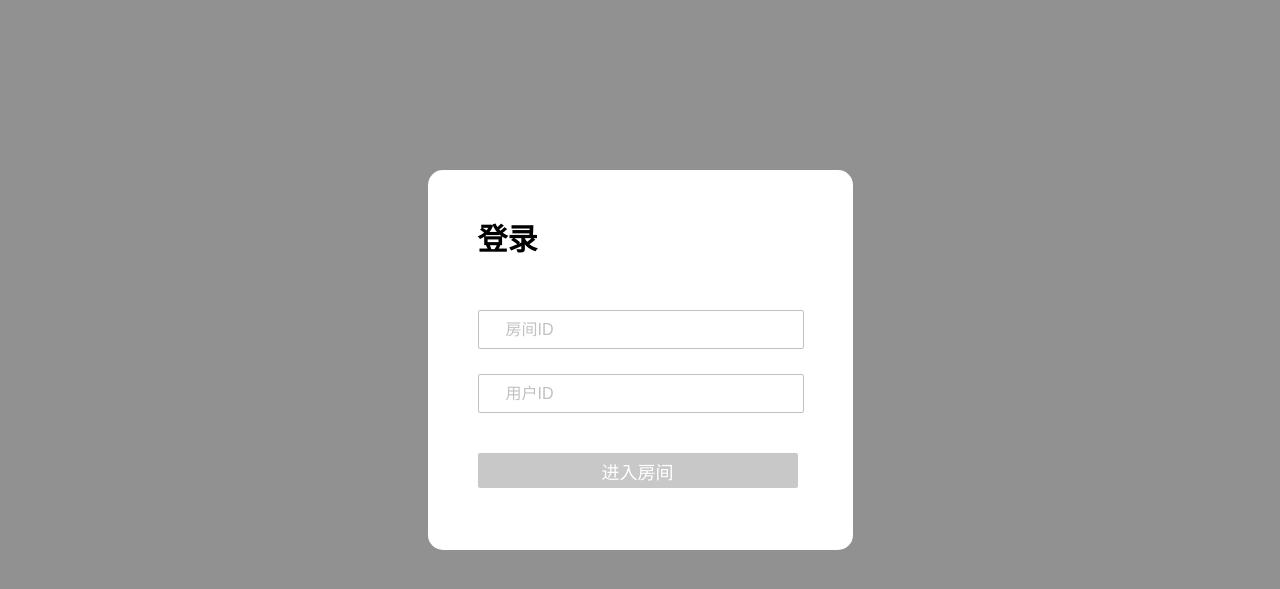
Repository: sjtu-course/homework
Page: GongZening/Week2/Web/LoginPage.html
An editor plug-in stored every save of this project. The page is shown before and after the next save, followed by the edit.
The browser window is 1280 px wide. The pictures show the whole page.

Above is the page before, as saved 2020-11-09 15:18:18.

### GongZening/Week2/Web/LoginPage.html
<!DOCTYPE html>
<html>
    <head>
        <meta charset="utf-8">
        <title>LoginPage</title>
        <style>
            input::-webkit-input-placeholder{
                color:#c1c1c1;
                font-size: 16px;
                padding-left: 25px;
            }
        </style>
        <link rel="stylesheet" type="text/css" href="css/Round_Rect.css" />
        <link rel="stylesheet" type="text/css" href="css/Login.css" />
        <link rel="stylesheet" type="text/css" href="css/Edit_Text.css" />
        <link rel="stylesheet" type="text/css" href="css/Button.css" />
    </head>

    <body style="background-color: #919191;">
        <div id="round_rect">
            <h1 id="login">登录</h1>
            <input type="text" class="edit_text" placeholder="房间ID" style="margin-top: 45px;">
            <input type="text" class="edit_text" placeholder="用户ID" style="margin-top: 25px;">
            <button class="button">进入房间</button>
        </div>
    </body>
</html>

### GongZening/Week2/Web/css/Round_Rect.css
@charset "utf-8";
#round_rect{
	width: 425px;
	height: 380px;
	background-color: white;
	/* 圆角大小 */
	border-radius: 15px;
	/* 位置居中 */
	position: absolute;
	margin: auto;
	top: 0;
	right: 0;
	left: 0;
	bottom: 0;
}

### GongZening/Week2/Web/css/Login.css
@charset "utf-8";
#login{
    font-size: 30px;
    color: black;
    margin-top: 45px;
    margin-left: 50px;
    height: 30px;
}

### GongZening/Week2/Web/css/Edit_Text.css
@charset "utf-8";
.edit_text{
    width: 320px;
    height: 35px;
    margin-left: 50px;
    border-radius: 2px;
    border:1px solid #c1c1c1;
    font-size: 16px;
}

### GongZening/Week2/Web/css/Button.css
@charset "utf-8";
.button{
    width: 320px;
    height: 35px;
    margin-left: 50px;
    margin-top: 40px;
    border-radius: 2px;
    background-color: #c8c8c8;
    color: white;
    border:1px solid #c8c8c8;
    font-size: 18px;
}

After the next save:
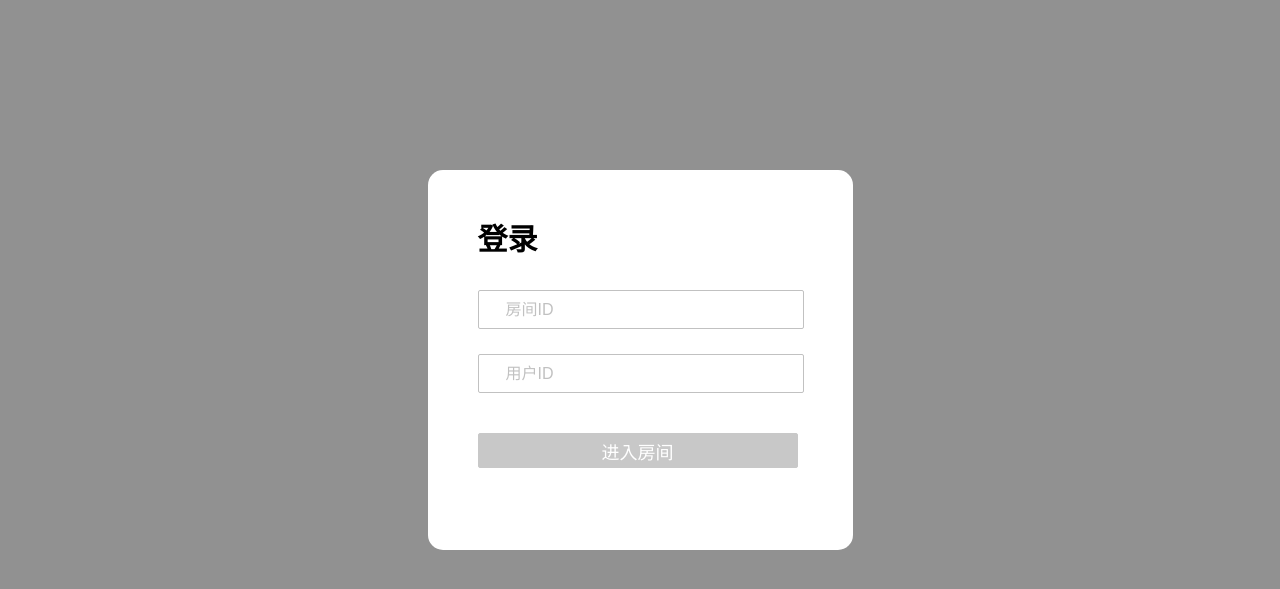
Saved 6 min 53 s later.
--- a/GongZening/Week2/Web/LoginPage.html
+++ b/GongZening/Week2/Web/LoginPage.html
@@ -19,7 +19,7 @@
     <body style="background-color: #919191;">
         <div id="round_rect">
             <h1 id="login">登录</h1>
-            <input type="text" class="edit_text" placeholder="房间ID" style="margin-top: 45px;">
+            <input type="text" class="edit_text" placeholder="房间ID" style="margin-top: 25px;">
             <input type="text" class="edit_text" placeholder="用户ID" style="margin-top: 25px;">
             <button class="button">进入房间</button>
         </div>

After the 2 saves that followed:
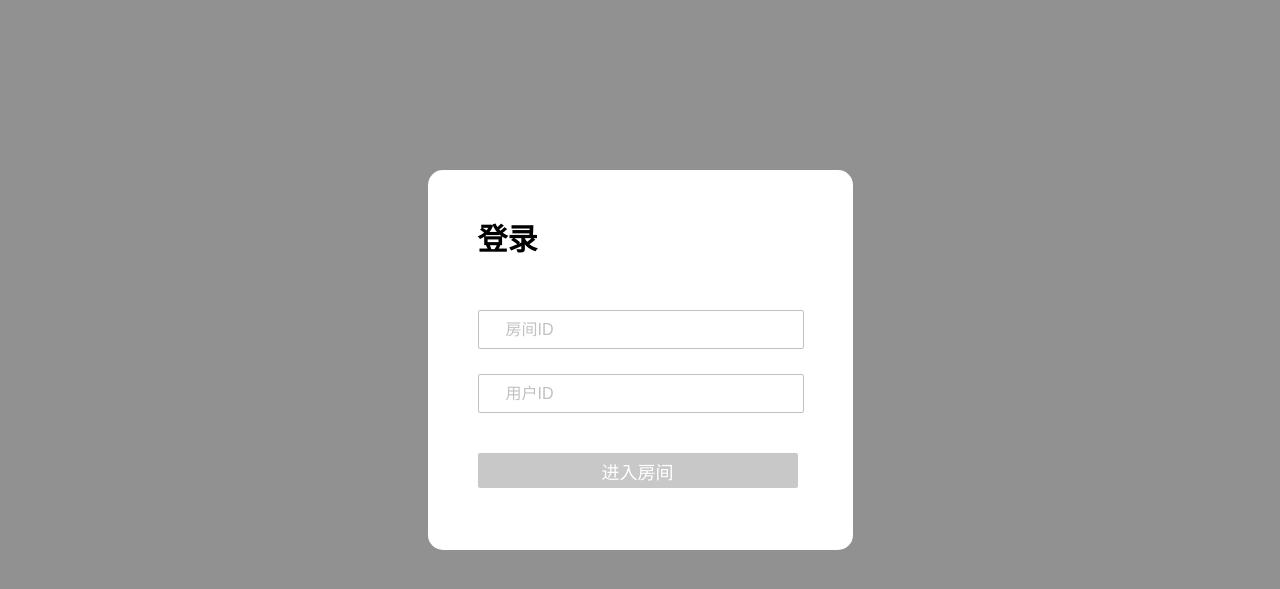
The 2 saves are shown as one change because 1 left the picture as it was.
The last was saved 110 s later.
--- a/GongZening/Week2/Web/LoginPage.html
+++ b/GongZening/Week2/Web/LoginPage.html
@@ -19,7 +19,8 @@
     <body style="background-color: #919191;">
         <div id="round_rect">
             <h1 id="login">登录</h1>
-            <input type="text" class="edit_text" placeholder="房间ID" style="margin-top: 25px;">
+            <!-- <input type="text" class="edit_text" placeholder="房间ID" style="margin-top: 25px;"> -->
+            <input type="text" class="edit_text" placeholder="房间ID">
             <input type="text" class="edit_text" placeholder="用户ID" style="margin-top: 25px;">
             <button class="button">进入房间</button>
         </div>
--- a/GongZening/Week2/Web/css/Edit_Text.css
+++ b/GongZening/Week2/Web/css/Edit_Text.css
@@ -3,6 +3,7 @@
     width: 320px;
     height: 35px;
     margin-left: 50px;
+    margin-top: 45px;
     border-radius: 2px;
     border:1px solid #c1c1c1;
     font-size: 16px;
